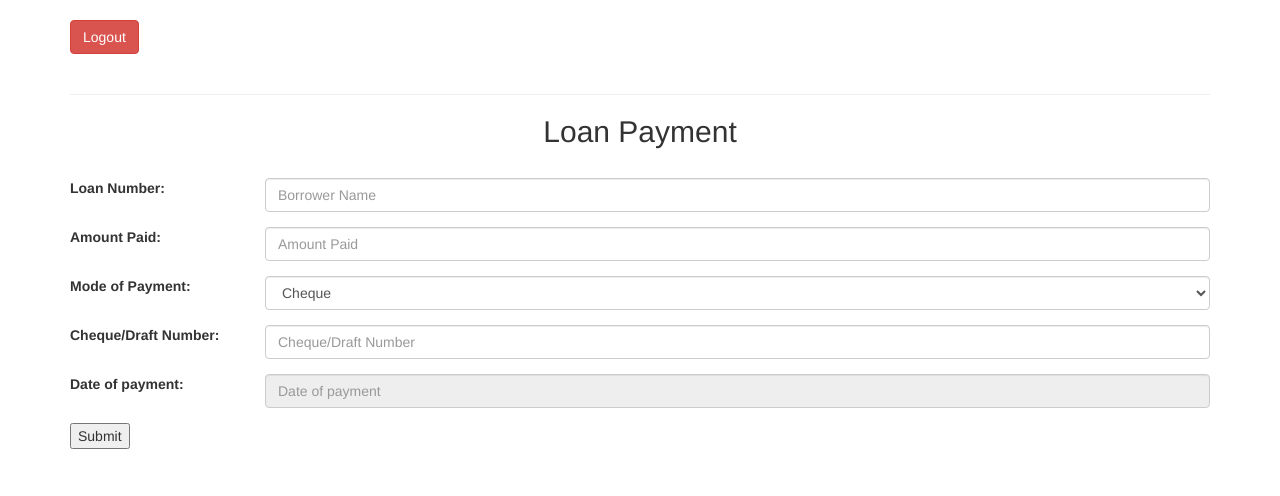
Repository: Bayvao/E-Loan-Project
Page: http://localhost/E-Loan-Project/WEB-INF/views/payment-form.jsp
These files come from the project's save history. The page is drawn as it stood at one moment and after the next save; the edit follows.
The browser window is 1280 px wide. The pictures show the whole page.
The page is served by Tomcat 9. Nobody is signed in. The template is opened directly, without the code that normally fills it, so the values that code supplies are empty.

Above is the page before, as saved 2020-07-21 08:07:21.

After the next save:
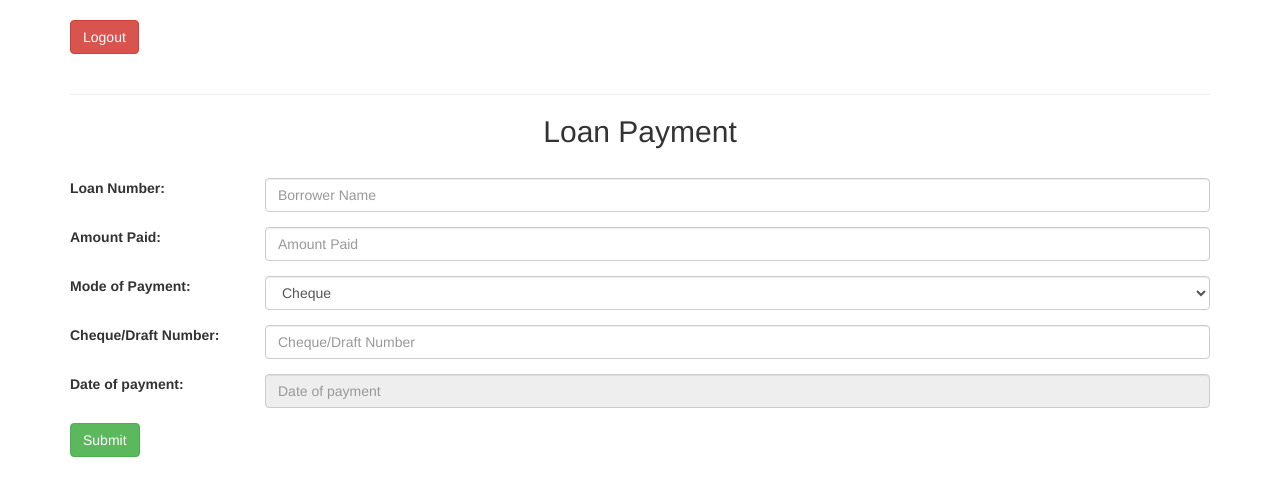
Saved 7 s later.
--- a/E-Loan-Project/src/main/webapp/WEB-INF/views/payment-form.jsp
+++ b/E-Loan-Project/src/main/webapp/WEB-INF/views/payment-form.jsp
@@ -106,7 +106,7 @@ h2 {
 
 			<div class="form-group row">
 				<div class="col-sm-10">
-					<button type="submit" class="class="btn btn-success"">Submit</button>
+					<button type="submit"class="btn btn-success">Submit</button>
 				</div>
 			</div>
 		</form:form>
